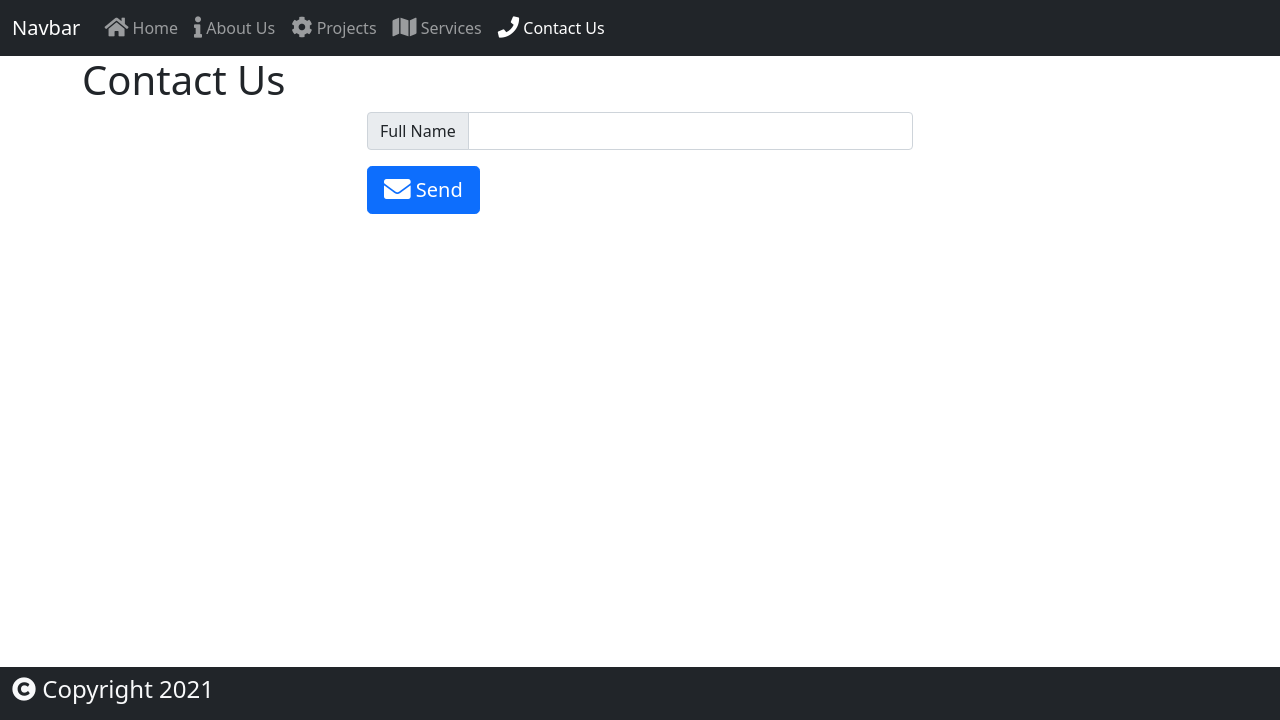
Repository: CKM206/WEBD6201-W2021---ICE1
Page: contact.html
An editor plug-in stored every save of this project. The page is shown before and after the next save, followed by the edit.
The browser window is 1280 px wide. The pictures show the whole page.

Above is the page before, as saved 2021-01-21 09:31:13.

### contact.html
<!DOCTYPE html>
<html lang="en">
<head>
    <meta charset="UTF-8">
    <meta name="viewport" content="width=device-width, initial-scale=1.0">
    <title>Contact</title>
    <!-- CSS Section -->
    <!-- Inject Bootstrap first, always-->
    <link rel="stylesheet"
    href="./node_modules/bootstrap/dist/css/bootstrap.min.css">
    <!-- Now inject Icon Fonts using Font Awesome-->
    <link rel="stylesheet"
    href="./node_modules/@fortawesome/fontawesome-free/css/all.min.css">
    <!-- Now inject our custom css-->
    <link rel="stylesheet" href="./Content/app.css">
</head>
<body>
    <!-- Main Header -->
    <header>
      <!-- Main Navigation -->
        <nav class="navbar navbar-expand-lg navbar-dark bg-dark">
            <div class="container-fluid">
              <a class="navbar-brand" href="index.html">Navbar</a>
              <button class="navbar-toggler" type="button" data-bs-toggle="collapse" data-bs-target="#navbarSupportedContent" aria-controls="navbarSupportedContent" aria-expanded="false" aria-label="Toggle navigation">
                <span class="navbar-toggler-icon"></span>
              </button>
              <div class="collapse navbar-collapse" id="navbarSupportedContent">
                <ul class="navbar-nav me-auto mb-2 mb-lg-0">
                  <li class="nav-item">
                    <a class="nav-link" aria-current="page" href="index.html"><i class="fas fa-home fa-lg"></i> Home</a>
                  </li>
                  <li class="nav-item">
                    <a class="nav-link" aria-current="page" href="about.html"><i class="fas fa-info fa-lg"></i> About Us</a>
                  </li>
                  <li class="nav-item">
                    <a class="nav-link" aria-current="page" href="projects.html"><i class="fas fa-cog fa-lg"></i> Projects</a>
                  </li>
                  <li class="nav-item">
                    <a class="nav-link" aria-current="page" href="services.html"><i class="fas fa-map fa-lg"></i> Services</a>
                  </li>
                  <li class="nav-item">
                    <a class="nav-link active" aria-current="page" href="contact.html"><i class="fas fa-phone fa-lg"></i> Contact Us</a>
                  </li>
                </ul>
              </div>
            </div>
          </nav>
    </header>
    <!-- Main Content -->
    <main class="container">
      <h1>Contact Us</h1>

      <div class="row justify-content-lg-center">
        <form class="col-lg-6 col-md-8 col-sm-10">
          <div class="input-group mb-3">
            <span class="input-group-text" id="inputGroup-sizing-default">Full Name</span>
            <input id="fullName" name="fullName" type="text" class="form-control"
             aria-label="Full Name" aria-describedby="Full Name Input" required>
          </div>
          <button type="submit" class="btn btn-primary btn-lg"><i class="fas fa-envelope fa-lg"></i> Send</button>
        </form>
      </div>
    </main>

    <!-- Footer Section -->
    <footer>
        <nav class="navbar fixed-bottom navbar-dark bg-dark">
            <div class="container-fluid">
              <h4 class="text-light"><i class="fas fa-copyright text-light"></i> Copyright 2021</h4>
            </div>
          </nav>
    </footer>

    <!--Script Section-->
    <script src="./node_modules/jquery/dist/jquery.min.js"></script>
    <script src="./node_modules/bootstrap/dist/js/bootstrap.bundle.min.js"></script>
    <script src="./Scripts/app.js"></script>
</body>
</html>

### Content/app.css
/* Custom CSS Here */

### Scripts/app.js
/* Custom Javascript Here */
"use strict"; // Indicate that the code should be executed in "strict mode".

// IIFE - Immediately Invoked Function Expression (Anonymous Self-Executing Function)
//-Acts as a Closure, Limits Scope Leak
(function () {
  function displayHome()
  {
    // This shows different ways of accessing an element; @see index.html <p> on line 51
    //-Each has its own use and solves different problems
    let paragraphOneText = "This is a simple site to demonstrate DOM Manipulation for ICE 1.";
    let paragraphOneElement = document.getElementById("paragraphOne");

    // let aParagraph = document.getElementsByTagName("p")[0];
    // let allParagraphs = document.getElementsByTagName("p");
    // let paragraphOneQuery = document.querySelector("p");
    // let paragraphOneQuerys = document.querySelectorAll("p");

    // Print each variable to the console, see how each one "points" to the same <p> element
    // console.log(paragraphOneElement);
    // console.log(aParagraph);
    // console.log(allParagraphs[0]);
    // console.log(paragraphOneQuery);
    // console.log(paragraphOneQuerys);

    // Assigning values to the textContent of the element we have a reference to
    paragraphOneElement.textContent = paragraphOneText;

    /* We can change the style as well..
      For the most part its best to use css sheets, but this can be useful when attempting
      dynamic effects on the webpage
    */
    //paragraphOneElement.style = "color: blue;";

    /* We can change the class of an element as well...
    * This is probably a better way of assigning css to elements (As compared to above)
    */
    //paragraphOneElement.className = "fs-4 fw-bold";


    // Injecting a new element
    let newParagraph = document.createElement("p");             // Create the Element
    newParagraph.setAttribute("id","paragraphTwo");             // Configure the Element
    newParagraph.textContent = "...And this is Paragraph two"   //--
    let mainContent = document.getElementsByTagName("main")[0]; // Get a reference to the Main Element
    mainContent.appendChild(newParagraph);                      // Append the new Element as a child of main

    // We can still make alterations to this element
    newParagraph.className = "fs-4 fw-bold";

    // Another way of injecting a new Element through Javascript
    let paragraphThree = '<p class ="fs-6">And this is the Third Paragraph</p>';    // Create the Element

    // Notice that this doesnt work, it is assigned as text verbatim, and erases all other content in main
    //mainContent.textContent = paragraphThree;

    let paragraphDiv = document.createElement('div');
    // Converting and Injecting the paragraph, it still erases all other content
    paragraphDiv.innerHTML = paragraphThree;

    // Insertions
    //-Example of insering before a node
    //newparagraph.before(paragraphDiv);

    // Inserting after a node
    newParagraph.after(paragraphDiv);

    // deletions

    //-Removing a single element
    //paragraphOneElement.remove();

    //-Removing a child element
    mainContent.removeChild(paragraphOneElement);

    // Updating & Modification
    //-Targetted Modifcation
    //mainContent.firstElementChild.textContent = "Welcome Home";

    // Bulk modififying mainContent
    //mainContent.innerHTML =
    //'<h1 id="firstHeading">Welcome to WEBD6201 - Lab 1</h1>' +
    //'<p id="paragraphOne" class="fs-3 fw-bold">A new First Paragraph</p>';
  }

  function displayAbout()
  {

  }

  function displayServices()
  {

  }

  function displayProjects()
  {

  }

  function displayContact()
  {

  }

  function Start() {
    console.log("App Started...");

    switch (document.title) {
      case "Home":
        displayHome();
        break;
      case "About":
        displayAbout();
        break;
      case "Projects":
        displayProjects();
        break;
      case "Services":
        displayServices();
        break;
      case "Contact":
        displayContact();
        break;
    }

    // Old Java Script



  }

  window.addEventListener("load", Start);
})();

Loaded but not shown: node_modules/bootstrap/dist/css/bootstrap.min.css (library); node_modules/@fortawesome/fontawesome-free/css/all.min.css (library); node_modules/jquery/dist/jquery.min.js (library); node_modules/bootstrap/dist/js/bootstrap.bundle.min.js (library)

After the next save:
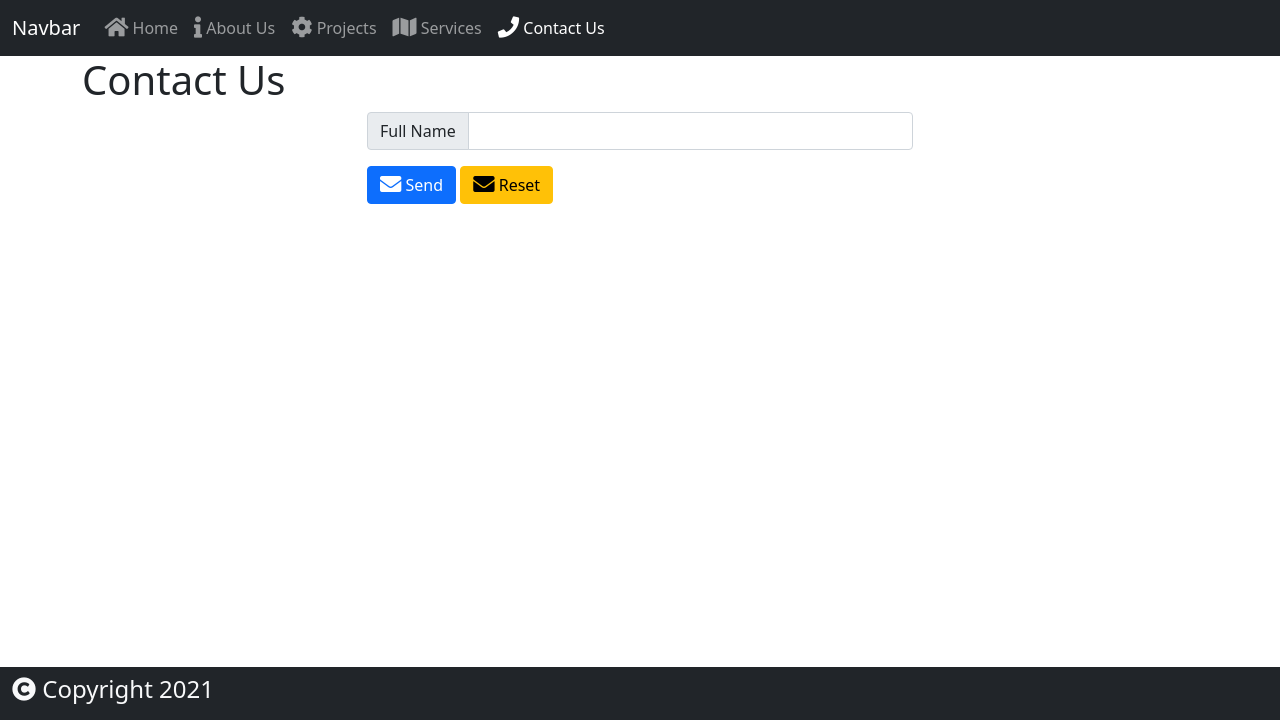
Saved 38 s later.
--- a/contact.html
+++ b/contact.html
@@ -57,7 +57,8 @@
             <input id="fullName" name="fullName" type="text" class="form-control"
              aria-label="Full Name" aria-describedby="Full Name Input" required>
           </div>
-          <button type="submit" class="btn btn-primary btn-lg"><i class="fas fa-envelope fa-lg"></i> Send</button>
+          <button type="submit" class="btn btn-primary btn-md"><i class="fas fa-envelope fa-lg"></i> Send</button>
+          <button type="reset" class="btn btn-warning btn-md"><i class="fas fa-envelope fa-lg"></i> Reset</button>
         </form>
       </div>
     </main>
